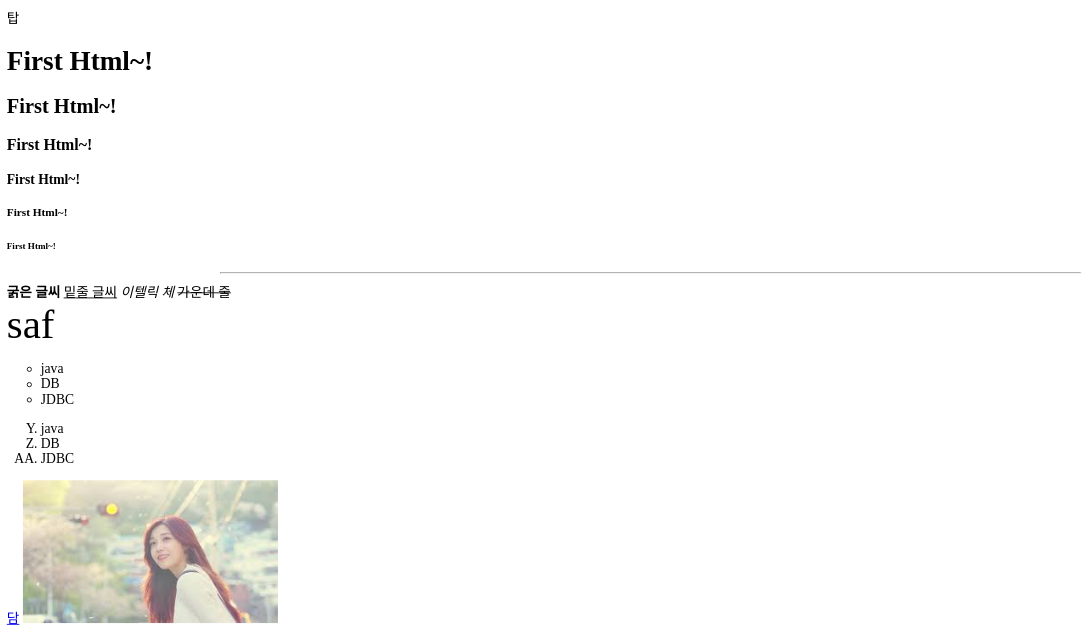
Repository: Leewonhoo/kostaweb
Page: Web_hello/WebContent/index.html
These files come from the project's save history. The page is drawn as it stood at one moment and after the next save; the edit follows.
The browser window is 1280 px wide. The pictures show the whole page, at 85% of full size.

Above is the page before, as saved 2017-09-08 03:34:51.

### Web_hello/WebContent/index.html
<!DOCTYPE html PUBLIC "-//W3C//DTD HTML 4.01 Transitional//EN" "http://www.w3.org/TR/html4/loose.dtd">
<html>
<head>
<meta http-equiv="Content-Type" content="text/html; charset=EUC-KR">
<title>This is Sparta</title>
</head>
<body>
	<a name="top">탑</a>
	<h1>First Html~!</h1>
	<h2>First Html~!</h2>
	<h3>First Html~!</h3>
	<h4>First Html~!</h4>
	<h5>First Html~!</h5>
	<h6>First Html~!</h6>

	<hr width="80%" align="right"> <!--수평줄-->

	<b>굵은 글씨</b>
	<u>밑줄 글씨</u>
	<i>이텔릭 체</i>
	<s>가운데 줄</s>
	<br>
	<font face="Yj BLOCK 중간" size="30px">saf</font>
	<br>
	<ul type="circle">
		<li>java</li>
		<li>DB</li>
		<li>JDBC</li>
	</ul>
	<ol type="A" start ="25">
		<li>java</li>
		<li>DB</li>
		<li>JDBC</li>
	</ol>

	<a href="http://www.daum.net" target="_blank">담</a>

	<img alt="정은지" src="images/jung1.jpg">
</body>
</html>

After the next save:
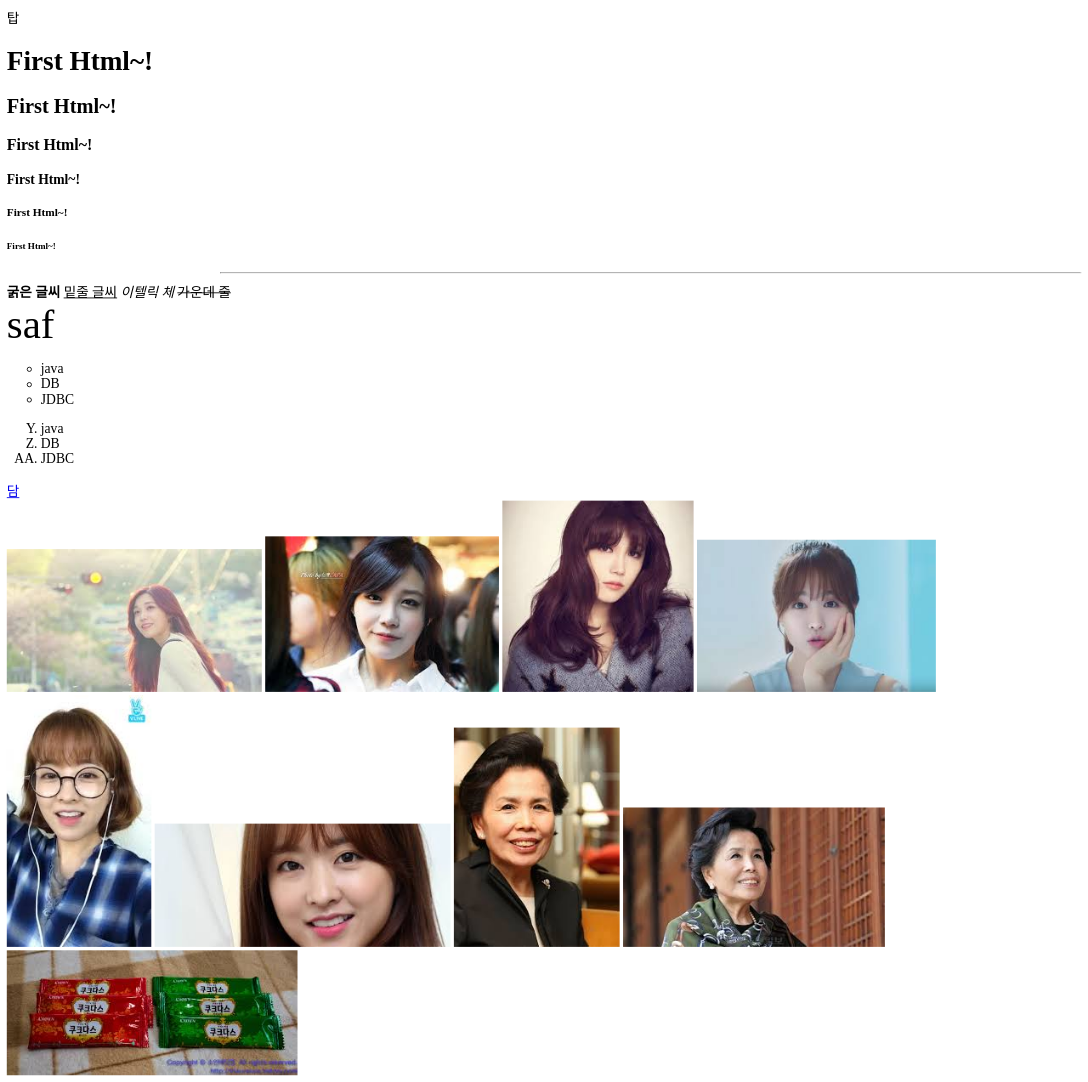
Saved 76 s later.
--- a/Web_hello/WebContent/index.html
+++ b/Web_hello/WebContent/index.html
@@ -34,7 +34,16 @@
 	</ol>
 
 	<a href="http://www.daum.net" target="_blank">담</a>
+	<br>
 
 	<img alt="정은지" src="images/jung1.jpg">
+	<img alt="정은지" src="images/jung2.jpg">
+	<img alt="정은지" src="images/jung3.jpg">
+	<img alt="정은지" src="images/park1.jpg">
+	<img alt="정은지" src="images/park2.jpg">
+	<img alt="정은지" src="images/park3.jpg">
+	<img alt="정은지" src="images/leemi1.jpg">
+	<img alt="정은지" src="images/leemi2.jpg">
+	<img alt="정은지" src="images/kuku1.jpg">
 </body>
 </html>
